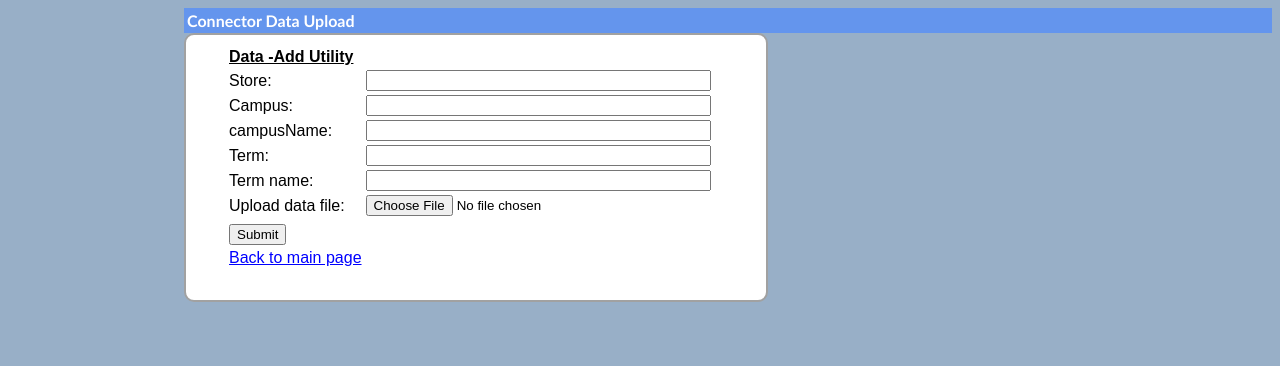
Repository: caditya/Dataupload
Page: http://localhost/connectordata/WEB-INF/views/datainput.jsp
These files come from the project's save history. The page is drawn as it stood at one moment and after the next save; the edit follows.
The browser window is 1280 px wide. The pictures show the whole page.
Some web libraries are served in a nearby version. The page is served by Tomcat 9. Nobody is signed in. The template is opened directly, without the code that normally fills it, so the values that code supplies are empty.

Above is the page before, as saved 2014-07-21 19:50:20.

After the next save:
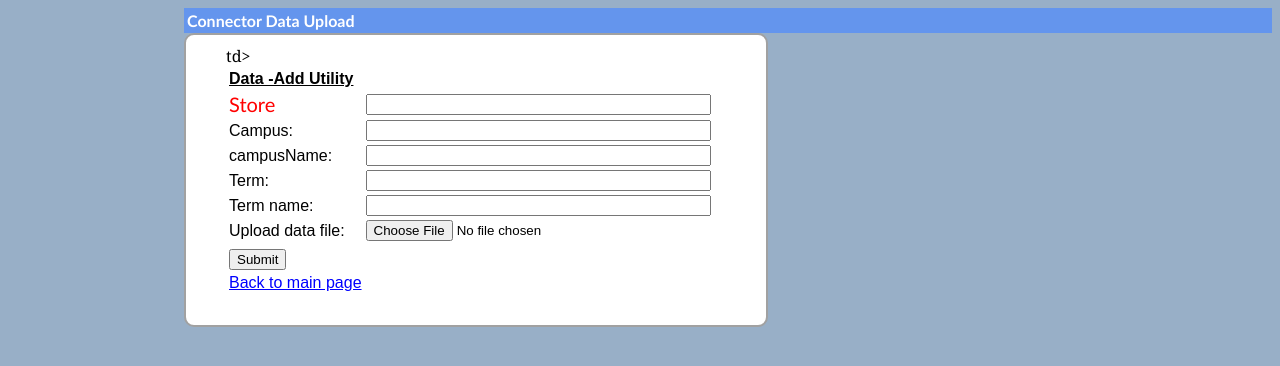
Saved 3 min 36 s later.
--- a/QAFileUpload/connectordata/src/main/webapp/WEB-INF/views/datainput.jsp
+++ b/QAFileUpload/connectordata/src/main/webapp/WEB-INF/views/datainput.jsp
@@ -88,7 +88,7 @@ function createstart(){
 
 			</tr>
 			<tr>
-				<td style="font: Calibri">Store:</td>
+				<td><p style="font-family:calibri;color:red;font-size:20px;">Store</p></td>td>
 				<td> <form:input path="store"  size="40"/></td>
 				<td><form:errors path="store" cssClass="error" /></td>
 			</tr>
